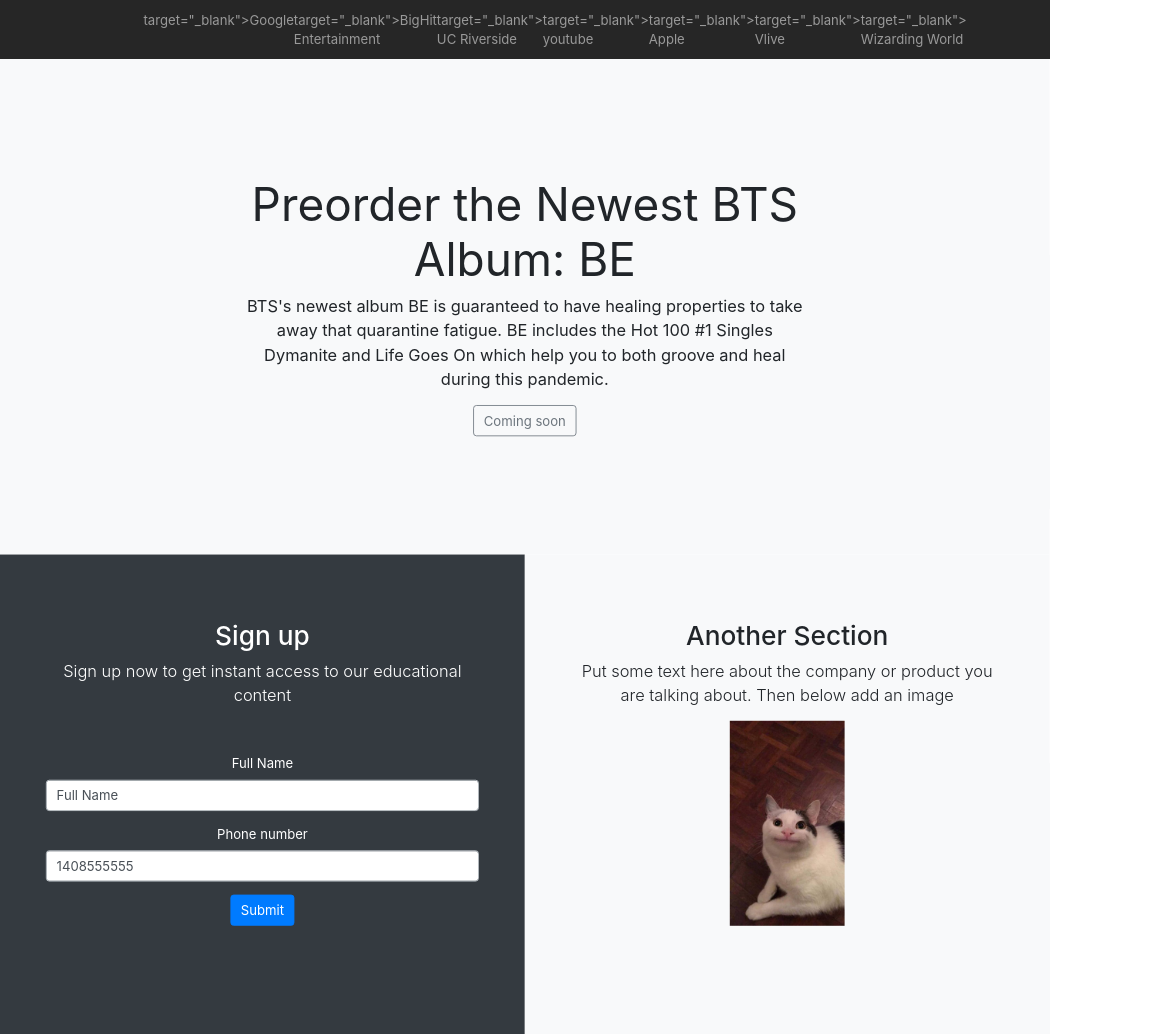
Repository: Hailee005/HaileeMadrigal-Resume
Page: LearnCS8-Twilio/index.html
The author's editor kept a record of every edit. The page is drawn from the files as they stood at one moment, then again after the next edit.
The browser window is 1280 px wide. The page is 1280 px wide, then 1421 px, so the pictures cover 1421 px, including what lies to the right of the window. The pictures show the whole page, at 82% of full size.

Above is the page before.

### LearnCS8-Twilio/index.html
<!doctype html>
<html lang="en">
  <head>
    <!-- Required meta tags -->
    <meta charset="utf-8">
    <meta name="viewport" content="width=device-width, initial-scale=1, shrink-to-fit=no">
    <meta name="description" content="Please enjoy our newest BTS album!">
    <meta name="author" content="862223382">

    <!-- Bootstrap CSS -->
    <link rel="stylesheet" href="https://stackpath.bootstrapcdn.com/bootstrap/4.5.2/css/bootstrap.min.css" integrity="sha384-JcKb8q3iqJ61gNV9KGb8thSsNjpSL0n8PARn9HuZOnIxN0hoP+VmmDGMN5t9UJ0Z" crossorigin="anonymous">

    <!-- Title of your Website -->
    <title>Newest BTS album </title>
    <link href="product.css" rel="stylesheet">
  </head>
  <body>
    <nav class="site-header sticky-top py-1">
    <!-- Top Menu Bar -->
    <div class="container d-flex flex-column flex-md-row justify-content-between">
        <a class="py-2 d-none d-md-inline-block" id="menu-item-1" href="https://google.com"> target="_blank">Google</a>
        <a class="py-2 d-none d-md-inline-block" id="menu-item-2" href="https://ibighit.com/"> target="_blank">BigHit Entertainment</a>
        <a class="py-2 d-none d-md-inline-block" id="menu-item-3" href="https://www.ucr.edu/"> target="_blank"> UC Riverside</a>
        <a class="py-2 d-none d-md-inline-block" id="menu-item-4" href="https://www.youtube.com/"> target="_blank"> youtube</a>
        <a class="py-2 d-none d-md-inline-block" id="menu-item-5" href="https://www.apple.com/"> target="_blank"> Apple</a>
        <a class="py-2 d-none d-md-inline-block" id="menu-item-6" href="https://www.vlive.tv/channel/FE619"> target="_blank"> Vlive</a>
        <a class="py-2 d-none d-md-inline-block" id="menu-item-7" href="https://www.wizardingworld.com/"> target="_blank"> Wizarding World</a>
    </div>
</nav>
<!-- Main Header Section h1-->
<div class="position-relative overflow-hidden p-3 p-md-5 m-md-0 text-center bg-light">
    <div class="col-md-8 p-lg-5 mx-auto my-5">
        <h1 class="display-4 font-weight-normal">Preorder the Newest BTS Album: BE</h1>
        <p class="lead font-weight-normal">BTS's newest album BE is guaranteed to have healing properties to take away that quarantine fatigue. BE includes the Hot 100 #1 Singles Dymanite and Life Goes On which help you to both groove and heal during this pandemic. </p>
        <a class="btn btn-outline-secondary" href="https://ibighit.com/">Coming soon</a>
    </div>
</div>
<!-- Left Tile -->
<div class="d-md-flex flex-md-equal w-100">
    <div class="bg-dark pt-3 px-3 pt-md-5 px-md-5 text-center text-white overflow-hidden">
        <div class="my-3 py-3">
            <h2 class="display-5">Sign up</h2>
            <p class="lead">Sign up now to get instant access to our educational content</p>
        </div>
        <!-- Web form when submitted will send a text message -->
        <form class="p-2" onsubmit="sendTextMessage(); return false;">
            <!-- Full Name Form Field -->
            <div class="form-group">
                <label for="example-first-name">Full Name</label>
                <input type="text" value="Full Name" class="form-control" id="example-first-name" aria-describedby="emailHelp">
            </div>
            <!-- Phone Number Form Field -->
            <div class="form-group">
                <label for="example-tel-input">Phone number</label>
                <input type="tel" class="form-control" value="1408555555" id="example-tel-input">
            </div>
            <!-- JavaScript that handles onSubmit logic -->
            <!-- Configure the XHR request below with your own credentials -->
            <script>
            function sendTextMessage() {
                console.log("Hello world!");
                var xhr = new XMLHttpRequest();
                var accountSID = "AC3b3ef0351afe597ab45beb6b7429726f";
                var authToken = "814835fbfa9e981e5d2438faf746bcc1";
                var base64encoded = accountSID + ":" + authToken;
                var params = "To=" + document.getElementById('example-tel-input').value + "&From=" + "+15129678627" + "&Body=" + "Hello " + document.getElementById('example-first-name').value + " Hurricane Katrina? More like hurricane tortilla-"
                xhr.open("POST", "https://api.twilio.com/2010-04-01/Accounts/" + accountSID + "/Messages.json", true);
                xhr.setRequestHeader('Content-Type', 'application/x-www-form-urlencoded');
                xhr.setRequestHeader('Authorization', 'Basic ' + btoa(base64encoded));
                xhr.send(params);
            }
            </script>
            <!-- Submit button that will execute the sendTextMessage function -->
            <button type="submit" class="btn btn-primary">Submit</button>
        </form>
    </div>
    <!-- Right Tile -->
    <div class="bg-light pt-3 px-3 pt-md-5 px-md-5 text-center overflow-hidden">
        <div class="my-3 p-3">
            <h2 class="display-5">Another Section</h2>
            <p class="lead">Put some text here about the company or product you are talking about. Then below add an image</p>
            <img class="mx-auto" src="funny cat.jpeg" height="250px">
        </div>
        <div class="mx-auto" style="width: 80%; height: 100px; border-radius: 21px 21px 0 0;"></div>
    </div>
</div>
  </body>
</html>

### LearnCS8-Twilio/product.css
.container {
  max-width: 960px;
}

/*
 * Custom translucent site header
 */

.site-header {
  background-color: rgba(0, 0, 0, .85);
  -webkit-backdrop-filter: saturate(180%) blur(20px);
  backdrop-filter: saturate(180%) blur(20px);
}
.site-header a {
  color: #999;
  transition: ease-in-out color .15s;
}
.site-header a:hover {
  color: #fff;
  text-decoration: none;
}

/*
 * Dummy devices (replace them with your own or something else entirely!)
 */

.product-device {
  position: absolute;
  right: 10%;
  bottom: -30%;
  width: 300px;
  height: 540px;
  background-color: #333;
  border-radius: 21px;
  -webkit-transform: rotate(30deg);
  transform: rotate(30deg);
}

.product-device::before {
  position: absolute;
  top: 10%;
  right: 10px;
  bottom: 10%;
  left: 10px;
  content: "";
  background-color: rgba(255, 255, 255, .1);
  border-radius: 5px;
}

.product-device-2 {
  top: -25%;
  right: auto;
  bottom: 0;
  left: 5%;
  background-color: #e5e5e5;
}


/*
 * Extra utilities
 */

.flex-equal > * {
  -ms-flex: 1;
  flex: 1;
}
@media (min-width: 768px) {
  .flex-md-equal > * {
    -ms-flex: 1;
    flex: 1;
  }
}

.overflow-hidden { overflow: hidden; }

After the next edit:
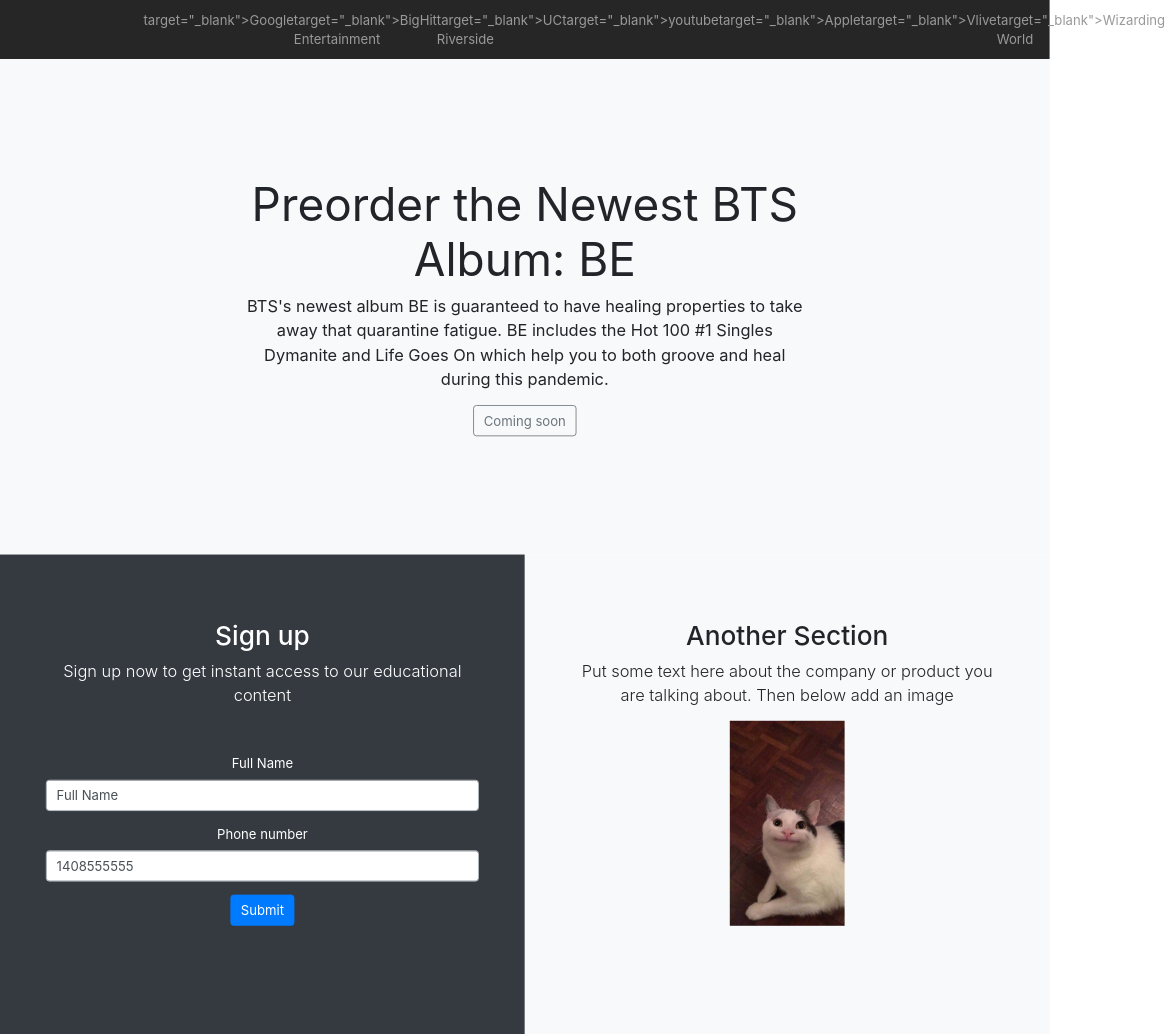
The edit:
--- a/LearnCS8-Twilio/index.html
+++ b/LearnCS8-Twilio/index.html
@@ -20,11 +20,11 @@
     <div class="container d-flex flex-column flex-md-row justify-content-between">
         <a class="py-2 d-none d-md-inline-block" id="menu-item-1" href="https://google.com"> target="_blank">Google</a>
         <a class="py-2 d-none d-md-inline-block" id="menu-item-2" href="https://ibighit.com/"> target="_blank">BigHit Entertainment</a>
-        <a class="py-2 d-none d-md-inline-block" id="menu-item-3" href="https://www.ucr.edu/"> target="_blank"> UC Riverside</a>
-        <a class="py-2 d-none d-md-inline-block" id="menu-item-4" href="https://www.youtube.com/"> target="_blank"> youtube</a>
-        <a class="py-2 d-none d-md-inline-block" id="menu-item-5" href="https://www.apple.com/"> target="_blank"> Apple</a>
-        <a class="py-2 d-none d-md-inline-block" id="menu-item-6" href="https://www.vlive.tv/channel/FE619"> target="_blank"> Vlive</a>
-        <a class="py-2 d-none d-md-inline-block" id="menu-item-7" href="https://www.wizardingworld.com/"> target="_blank"> Wizarding World</a>
+        <a class="py-2 d-none d-md-inline-block" id="menu-item-3" href="https://www.ucr.edu/"> target="_blank">UC Riverside</a>
+        <a class="py-2 d-none d-md-inline-block" id="menu-item-4" href="https://www.youtube.com/"> target="_blank">youtube</a>
+        <a class="py-2 d-none d-md-inline-block" id="menu-item-5" href="https://www.apple.com/"> target="_blank">Apple</a>
+        <a class="py-2 d-none d-md-inline-block" id="menu-item-6" href="https://www.vlive.tv/channel/FE619"> target="_blank">Vlive</a>
+        <a class="py-2 d-none d-md-inline-block" id="menu-item-7" href="https://www.wizardingworld.com/"> target="_blank">Wizarding World</a>
     </div>
 </nav>
 <!-- Main Header Section h1-->
